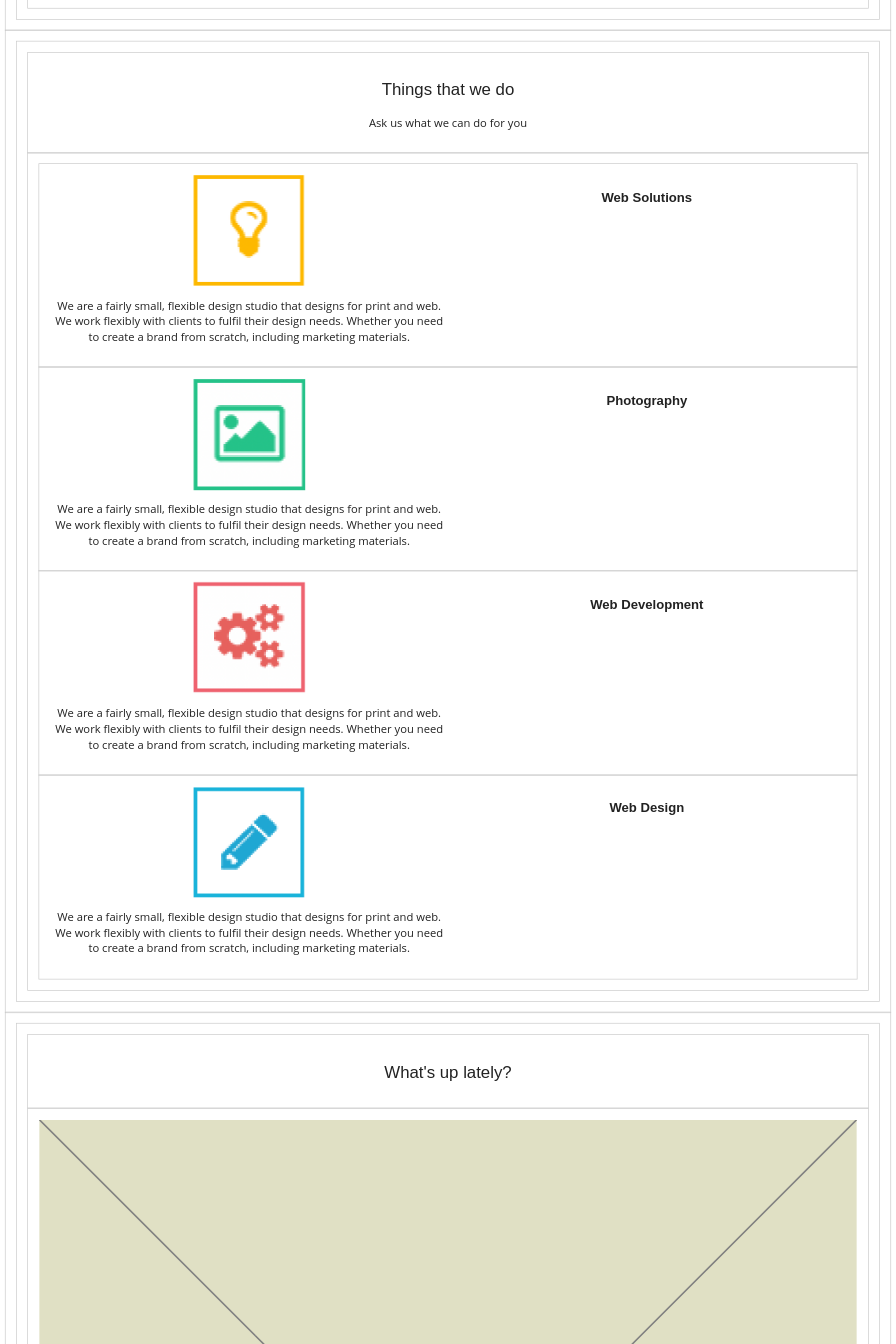
Repository: lpcmendoza/LAB02BF_Group9
Page: index.html
An editor plug-in stored every save of this project. The page is shown before and after the next save, followed by the edit.
The browser window is 1280 px wide. The pictures show the part of the page from y = 1696 to 3616 px (the page is 15674 px tall before and 15775 px after), at 70% of full size.

Above is the page before, as saved 2024-02-11 22:05:32.

After the next save:
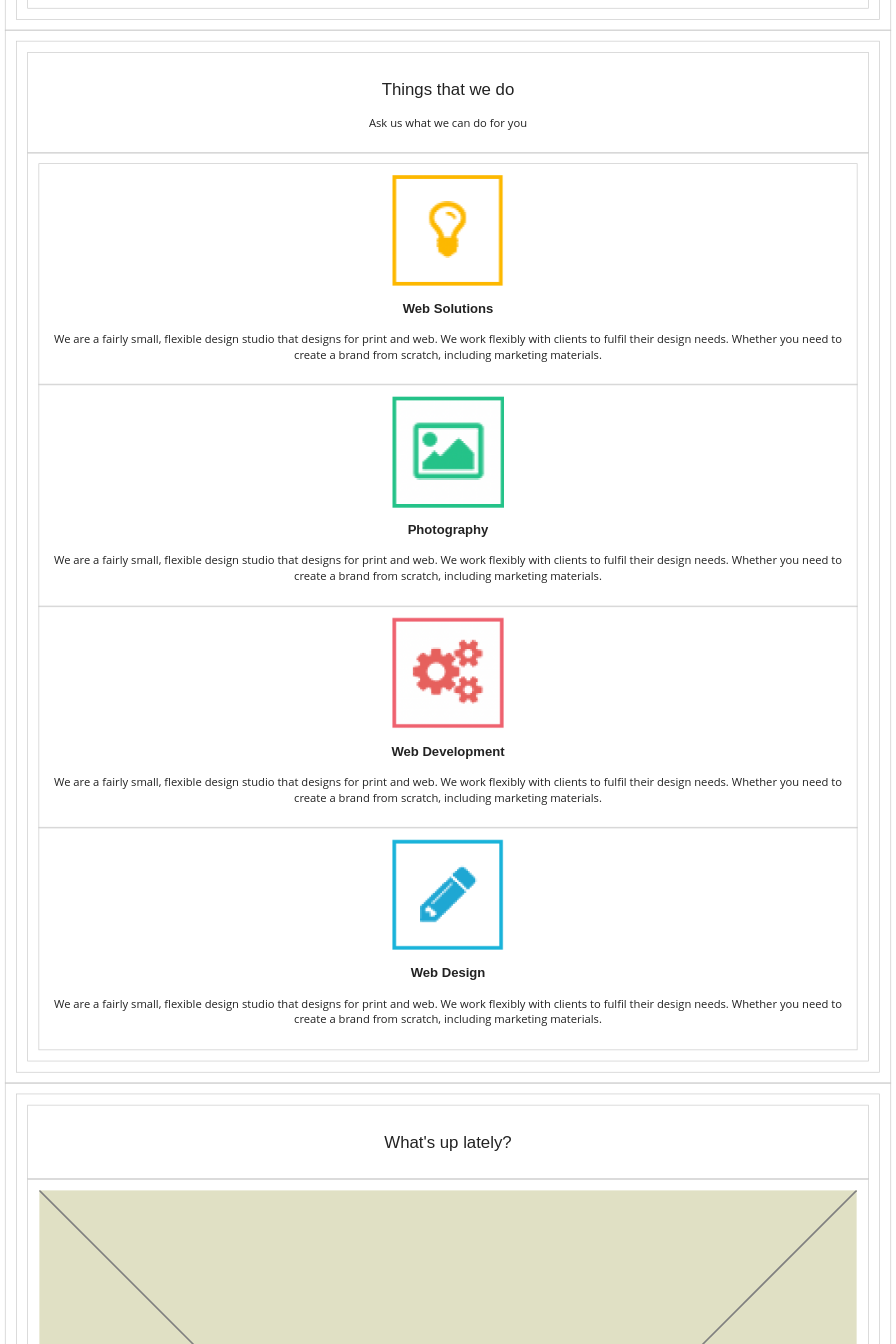
Saved 15 s later.
--- a/css/style.css
+++ b/css/style.css
@@ -256,10 +256,6 @@
     text-align: center;
   }
 
-  .what-we-do-container-body {
-    display: grid;
-    grid-template-columns: 1fr 1fr;
-  }
 
   .what-we-do-container-body p {
     text-align: center;
